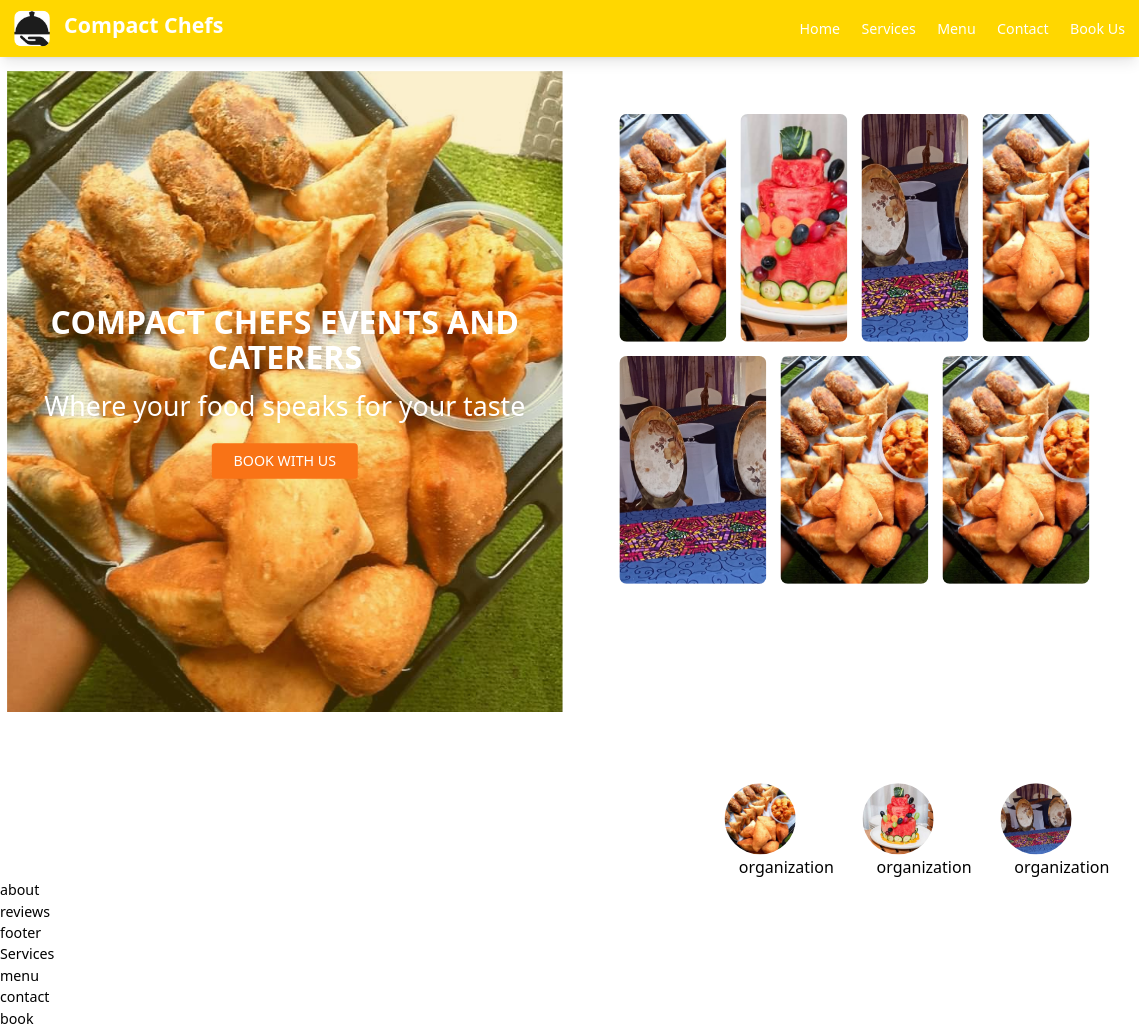
Repository: makanda596/compactchef
Page: /menu
An editor plug-in stored every save of this project. The page is shown before and after the next save, followed by the edit.
The browser window is 1280 px wide. The pictures show the whole page, at 89% of full size.
The project was rebuilt for these pictures with package versions that can differ from the ones it lists, and the page was loaded fresh each time.

Above is the page before, as saved 2025-01-07 16:55:08.

### public/index.html
<!DOCTYPE html>
<html lang="en">
  <head>
    <meta charset="utf-8" />
    <link rel="icon" href="./logo.jpg" />
    <meta name="viewport" content="width=device-width, initial-scale=1" />

    <link rel="apple-touch-icon" href="./logo.jpg" />


    <title>CompactChef Events</title>
  </head>
  <body>
    <div id="root"></div>
  </body>
</html>

### src/App.js
import Home from './pages/Home.jsx'
import Services from './pages/Services.jsx'
import Menu from './pages/Menu.jsx'
import Contact from './pages/Contact.jsx'
import Book from './pages/Book.jsx'
function App() {
  return (
    <>
      <Home />
      <Services />
      <Menu />
      <Contact />
      <Book />
    </>
  );
}

export default App;

### src/pages/Home.jsx
import React from 'react'
import Hero from '../components/Hero.jsx'
import Client from '../components/Client.jsx'
import About from '../components/About.jsx'
import Reviews from '../components/Reviews.jsx'
import Footer from '../components/Footer.jsx'
import Navbar from '../components/Navbar.jsx'
function Home() {
    return (
        <div>
            <Navbar />
            <Hero />
            <Client />
            <About />
            <Reviews />
            <Footer />
        </div>
    )
}

export default Home

### src/pages/Services.jsx
import React from 'react'

function Services() {
    return (
        <div>
            Services
        </div>
    )
}

export default Services

### src/pages/Menu.jsx
import React from 'react'

function Menu() {
    return (
        <div>
            menu
        </div>
    )
}

export default Menu

### src/pages/Contact.jsx
import React from 'react'

function Contact() {
    return (
        <div>
            contact
        </div>
    )
}

export default Contact

### src/pages/Book.jsx
import React from 'react'

function Book() {
    return (
        <div>
            book
        </div>
    )
}

export default Book

### src/components/Hero.jsx
import React from 'react';
import hero from '../assets/hero.jpg';
import event from '../assets/event.jpg'
import cake from '../assets/cake.jpg'
function Hero() {
    const herofiles = [
        {
            id: 1,
            img: hero
        },
        {
            id: 1,
            img: cake
        },
        {
            id: 1,
            img: event
        },
        {
            id: 1,
            img: hero
        }
        ,
        {
            id: 1,
            img: event
        },
        {
            id: 1,
            img: hero
        },
        {
            id: 1,
            img: hero
        },


    ]
    return (

        <div className="grid md:grid-cols-2 gap-4 my-20 px-2">
            <div className="relative flex flex-col h-screen">
                <img src={hero} alt="Hero" className="object-cover w-full h-full" />
                <div className="absolute top-0 left-0 w-full h-full bg-yellow-500 bg-opacity-20 flex flex-col justify-center items-center text-white p-8">
                    <h1 className="text-4xl font-bold text-center text-white">COMPACT CHEFS EVENTS AND CATERERS</h1>
                    <p className="mt-4 text-3xl text-center">Where your food speaks for your taste</p>
                    <button className="mt-6 bg-orange-500 px-6 py-2 rounded text-white-500 hover:bg-gray-700">BOOK WITH US</button>
                </div>
            </div>

            <div className="gap-4 p-12">
                <div className="grid grid-cols-4 gap-4 mb-4">
                    {herofiles.slice(0, 4).map((item, index) => (
                        <img
                            src={item.img}
                            alt=""
                            key={index}
                            className="h-64 w-full rounded-lg object-cover"
                        />
                    ))}
                </div>

                <div className="grid grid-cols-3 gap-4 mb-4">
                    {herofiles.slice(4, 7).map((item, index) => (
                        <img
                            src={item.img}
                            alt=""
                            key={index}
                            className="h-64 w-full rounded-lg object-cover"
                        />
                    ))}
                </div>

                <div className="grid grid-cols-4 gap-4">
                    {herofiles.slice(7, 11).map((item, index) => (
                        <img
                            src={item.img}
                            alt=""
                            key={index}
                            className="h-64 w-full rounded-lg object-cover"
                        />
                    ))}
                </div>
            </div>



        </div>
    );
}

export default Hero;

### src/components/Client.jsx
import React from 'react'

import hero from '../assets/hero.jpg';
import event from '../assets/event.jpg'
import cake from '../assets/cake.jpg'
function Client() {
    const clients = [
        {
            id: 1,
            img: hero,
            name: 'organization'
        },
        {
            id: 1,
            img: cake,
            name: 'organization'

        },
        {
            id: 1,
            img: event,
            name: 'organization'

        },
        {
            id: 1,
            img: hero,
            name: 'organization'

        }
        ,
        {
            id: 1,
            img: event,
            name: 'organization'

        },
        {
            id: 1,
            img: hero,


        },
        {
            id: 1,
            img: hero
        },


    ]
    return (
        <div className="px-4">
            <div className="overflow-hidden">
                <div className="flex animate-slide">
                    {clients.map((client, index) => (
                        <div key={index} className=" flex-row items-center mx-4">
                            <img
                                src={client.img}
                                alt={client.name}
                                className="h-20 w-20 rounded-full object-cover"
                            />
                            <p className="ml-4 text-lg ">{client.name}</p>
                        </div>
                    ))}
                </div>
            </div>
        </div>

    )
}

export default Client

### src/components/About.jsx
import React from 'react'

function About() {
    return (
        <div>
            about
        </div>
    )
}

export default About

### src/components/Reviews.jsx
import React from 'react'

function Reviews() {
    return (
        <div>
            reviews

        </div>
    )
}

export default Reviews

### src/components/Footer.jsx
import React from 'react'

function Footer() {
    return (
        <div>
            footer
        </div>
    )
}

export default Footer

### src/components/Navbar.jsx
import React, { useState } from "react";
import logo from '../assets/logo.jpg'
const Navbar = () => {
    const [isOpen, setIsOpen] = useState(false);

    return (
        <nav className="bg-gold shadow-lg fixed top-0 z-50 w-full">
            <div className="container mx-auto px-4 flex justify-between items-center h-16">

                <div className="text-white font-bold text-2xl flex space-x-4">
                    <img src={logo} alt="" className="w-10 rounded-lg object-cover" />
                    <p>Compact Chefs</p></div>

                <div className="lg:hidden">
                    <button
                        onClick={() => setIsOpen(!isOpen)}
                        className="text-white focus:outline-none"
                    >
                        <svg
                            className="w-6 h-6"
                            xmlns="http://www.w3.org/2000/svg"
                            fill="none"
                            viewBox="0 0 24 24"
                            stroke="currentColor"
                        >
                            {isOpen ? (
                                <path
                                    strokeLinecap="round"
                                    strokeLinejoin="round"
                                    strokeWidth="2"
                                    d="M6 18L18 6M6 6l12 12"
                                />
                            ) : (
                                <path
                                    strokeLinecap="round"
                                    strokeLinejoin="round"
                                    strokeWidth="2"
                                    d="M4 6h16M4 12h16M4 18h16"
                                />
                            )}
                        </svg>
                    </button>
                </div>

                {/* Links for Desktop */}
                <div className="hidden lg:flex space-x-6">
                    <a href="#home" className="text-white hover:underline">
                        Home
                    </a>
                    <a href="#services" className="text-white hover:underline">
                        Services
                    </a>
                    <a href="#menu" className="text-white hover:underline">
                        Menu
                    </a>
                    <a href="#contact" className="text-white hover:underline">
                        Contact
                    </a>
                    <a href="#book-us" className="text-white hover:underline">
                        Book Us
                    </a>
                </div>
            </div>

            {/* Mobile Menu */}
            {isOpen && (
                <div className="lg:hidden bg-orange-400">
                    <a
                        href="#home"
                        className="block py-2 px-4 text-white hover:bg-orange-300"
                    >
                        Home
                    </a>
                    <a
                        href="#services"
                        className="block py-2 px-4 text-white hover:bg-orange-300"
                    >
                        Services
                    </a>
                    <a
                        href="#menu"
                        className="block py-2 px-4 text-white hover:bg-orange-300"
                    >
                        Menu
                    </a>
                    <a
                        href="#contact"
                        className="block py-2 px-4 text-white hover:bg-orange-300"
                    >
                        Contact
                    </a>
                    <a
                        href="#book-us"
                        className="block py-2 px-4 text-white hover:bg-orange-300"
                    >
                        Book Us
                    </a>
                </div>
            )}
        </nav>
    );
};

export default Navbar;

### tailwind.config.js
/** @type {import('tailwindcss').Config} */
module.exports = {
  content: [
    "./src/**/*.{js,jsx,ts,tsx}",
  ],
  theme: {
    extend: {
      animation: {
        'slide': 'slide 30s linear infinite',
      },
      colors: {
        gold: '#FFD700', // Gold color
      },
      keyframes: {
        slide: {
          '0%': { transform: 'translateX(100%)' },
          '100%': { transform: 'translateX(-100%)' },
        },
      },
    },
  },
  plugins: [],


}

Loaded but not shown: src/index.js (common file); src/index.css (common file); src/reportWebVitals.js (common file)

After the next save:
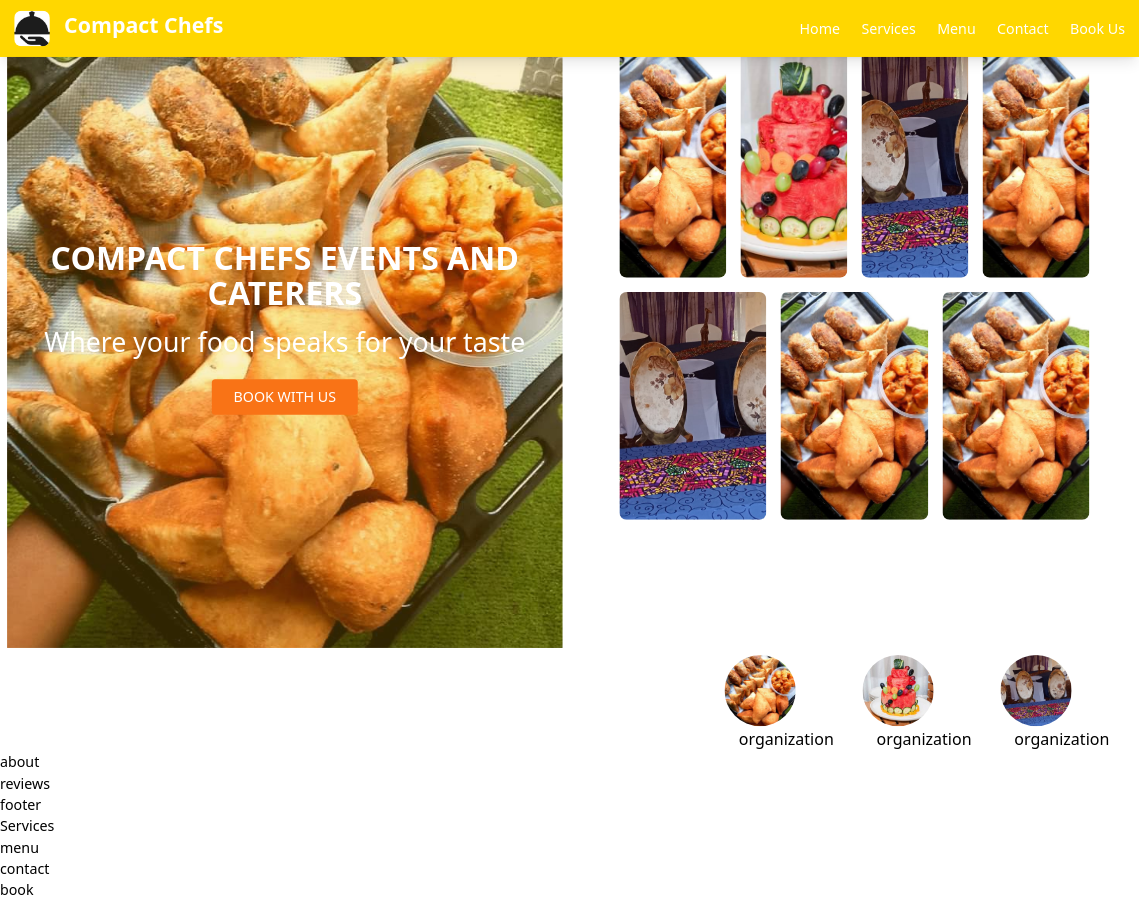
Saved 30 s later.
--- a/src/components/Hero.jsx
+++ b/src/components/Hero.jsx
@@ -38,7 +38,7 @@ function Hero() {
     ]
     return (
 
-        <div className="grid md:grid-cols-2 gap-4 my-20 px-2">
+        <div className="grid md:grid-cols-2 gap-4 my-2 px-2">
             <div className="relative flex flex-col h-screen">
                 <img src={hero} alt="Hero" className="object-cover w-full h-full" />
                 <div className="absolute top-0 left-0 w-full h-full bg-yellow-500 bg-opacity-20 flex flex-col justify-center items-center text-white p-8">
